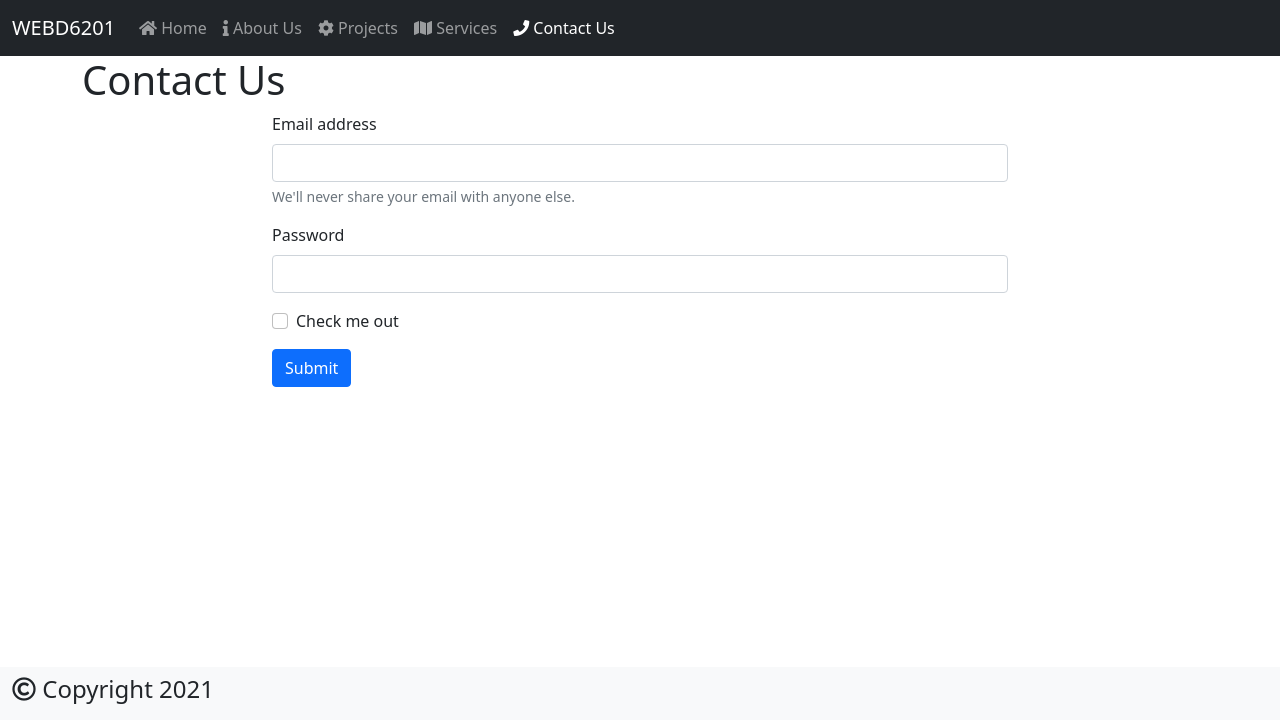
Repository: spencernewellevans/WEBD6201-ICE01
Page: contact.html
These files come from the project's save history. The page is drawn as it stood at one moment and after the next save; the edit follows.
The browser window is 1280 px wide. The pictures show the whole page.

Above is the page before, as saved 2021-01-22 19:31:46.

### contact.html
<!DOCTYPE html>
<html lang="en">
<head>
    <meta charset="UTF-8">
    <meta name="viewport" content="width=device-width, initial-scale=1.0">
    <title>Contact</title>
    <!-- CSS Section-->
    <link rel="stylesheet" href="./node_modules/bootstrap/dist/css/bootstrap.min.css">
    <link rel="stylesheet" href="./node_modules/@fortawesome/fontawesome-free/css/all.min.css">
    <link rel="stylesheet" href="./Content/app.css">
</head>
<body>
    <!-- Main Header -->
    <header>
        <!-- Main Navigation -->
        <nav class="navbar navbar-expand-lg navbar-dark bg-dark">
            <div class="container-fluid">
              <a class="navbar-brand" href="#=index.html">WEBD6201</a>
              <button class="navbar-toggler" type="button" data-bs-toggle="collapse" data-bs-target="#navbarSupportedContent" aria-controls="navbarSupportedContent" aria-expanded="false" aria-label="Toggle navigation">
                <span class="navbar-toggler-icon"></span>
              </button>
              <div class="collapse navbar-collapse" id="navbarSupportedContent">
                <ul class="navbar-nav me-auto mb-2 mb-lg-0">
                  <li class="nav-item">
                    <a class="nav-link" aria-current="page" href="index.html"><i class="fas fa-home fa-large"></i> Home</a>
                  </li>

                  <li class="nav-item">
                    <a class="nav-link" aria-current="page" href="about.html"><i class="fas fa-info fa-large"></i> About Us</a>
                  </li>

                  <li class="nav-item">
                    <a class="nav-link" aria-current="page" href="projects.html"><i class="fas fa-cog fa-large"></i> Projects</a>
                  </li>

                  <li class="nav-item">
                    <a class="nav-link" aria-current="page" href="services.html"><i class="fas fa-map fa-large"></i> Services</a>
                  </li>

                  <li class="nav-item">
                    <a class="nav-link active" aria-current="page" href="contact.html"><i class="fas fa-phone fa-large"></i> Contact Us</a>
                  </li>
                </ul>
              </div>
            </div>
          </nav>
    </header>

    <!-- Main Content -->
    <main class="container">
        <h1>Contact Us</h1>

        <div class="row justify-content-md-center">
          <form class="col-8">

            <div class="mb-3">
              <label for="exampleInputEmail1" class="form-label">Email address</label>
              <input type="email" class="form-control" id="exampleInputEmail1" aria-describedby="emailHelp">
              <div id="emailHelp" class="form-text">We'll never share your email with anyone else.</div>
            </div>
            <div class="mb-3">
              <label for="exampleInputPassword1" class="form-label">Password</label>
              <input type="password" class="form-control" id="exampleInputPassword1">
            </div>
            <div class="mb-3 form-check">
              <input type="checkbox" class="form-check-input" id="exampleCheck1">
              <label class="form-check-label" for="exampleCheck1">Check me out</label>
            </div>
            <button type="submit" class="btn btn-primary">Submit</button>
          </form>
        </div>


    </main>

    <!-- Main Footer -->
    <footer>
        <nav class="navbar fixed-bottom navbar-light bg-light">
            <div class="container-fluid">
              <h4><i class="far fa-copyright fa-large"></i> Copyright 2021</h4>
            </div>
          </nav>
    </footer>

    <!-- Script Section -->
    <script src="./node_modules/jquery/dist/jquery.min.js"></script>
    <script src="./node_modules/bootstrap/dist/js/bootstrap.bundle.min.js"></script>
    <script src="./Scripts/app.js"></script>
</body>
</html>

### content/app.css
/* Custom CSS goes here */

### scripts/app.js
/* Custom JavaScript goes here */

// IIFE - Immediately Invoked Function Expression
// Anonymous self-executing expression
// limits scope leak

"use strict";

(function()
{
    function displayHome()
    {
        let paragraphOneText = "This is a simple site to demonstrate DOM manipulation for ICE 1";

        let paragraphOneElement = document.getElementById("paragraphOne");

        paragraphOneElement.textContent = paragraphOneText;
        paragraphOneElement.className = "fs-5"

        // CREATION
        // Step 1. create the element
        let newParagraph = document.createElement("p");
        // Step 2. configure the element
        newParagraph.setAttribute("id","paragraphTwo");
        newParagraph.textContent = "...And this is paragraph two"
        // Step 3. select parent element
        let mainContent = document.getElementsByTagName("main")[0];
        // Step 3. insert the element
        mainContent.appendChild(newParagraph);
        newParagraph.className = "fs-6";

        let paragraphDiv = document.createElement("div");
        let paragraphThree =  `<p id="paragraphThree" class="fs-7 fw-bold">And this is the third paragraph</p>`;
        paragraphDiv.innerHTML = paragraphThree;

        // INSERTION
        // insertion before a node example
        //newParagraph.before(paragraphDiv);

        // insertion after a node example
        newParagraph.after(paragraphDiv);

        // DELETION
        // example of removing a single element
        //paragraphOneElement.remove();

        // removeChild example
        mainContent.removeChild(paragraphOneElement);

        // MODIFICATION
        //mainContent.firstElementChild.textContent = "Welcome Home!"
        mainContent.innerHTML =
        `<h1 id="firstHeading">Welcome to WEBD6201 - Lab 1</h1>
        <p id="paragraphOne" class="fs-3">This is the first paragraph</p>
        `;
    }

    function displayAbout()
    {

    }

    function displayProjects()
    {

    }

    function displayServices()
    {

    }

    function displayContact()
    {

    }

    function Start()
    {
        console.log("App Started...");

        switch (document.title)
        {
          case "Home":
            displayHome();
            break;
          case "About":
            displayAbout();
            break;
          case "Projects":
            displayProjects();
            break;
          case "Services":
            displayServices();
            break;
          case "Contact":
            displayContact();
            break;
        }



    }

    window.addEventListener("load", Start);

})();

Loaded but not shown: node_modules/bootstrap/dist/css/bootstrap.min.css (library); node_modules/@fortawesome/fontawesome-free/css/all.min.css (library); node_modules/jquery/dist/jquery.min.js (library); node_modules/bootstrap/dist/js/bootstrap.bundle.min.js (library)

After the next save:
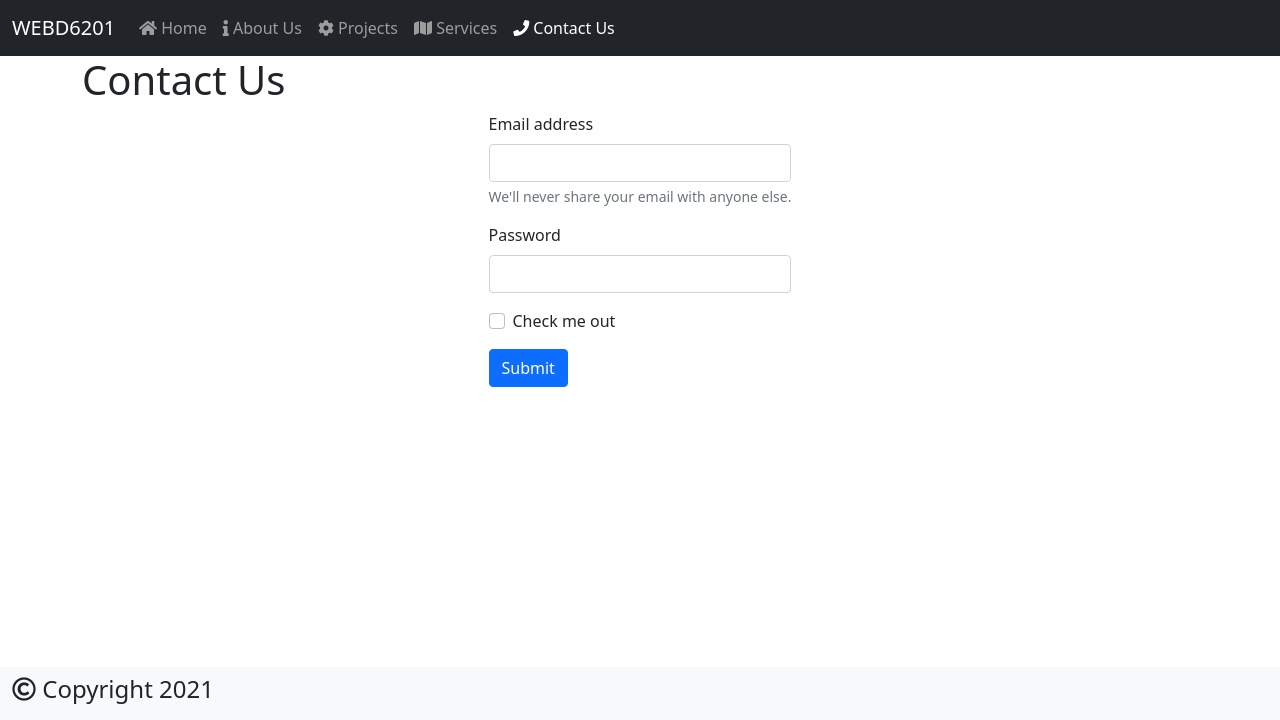
Saved 19 s later.
--- a/contact.html
+++ b/contact.html
@@ -51,7 +51,7 @@
         <h1>Contact Us</h1>
 
         <div class="row justify-content-md-center">
-          <form class="col-8">
+          <form class="col-md-auto">
 
             <div class="mb-3">
               <label for="exampleInputEmail1" class="form-label">Email address</label>
